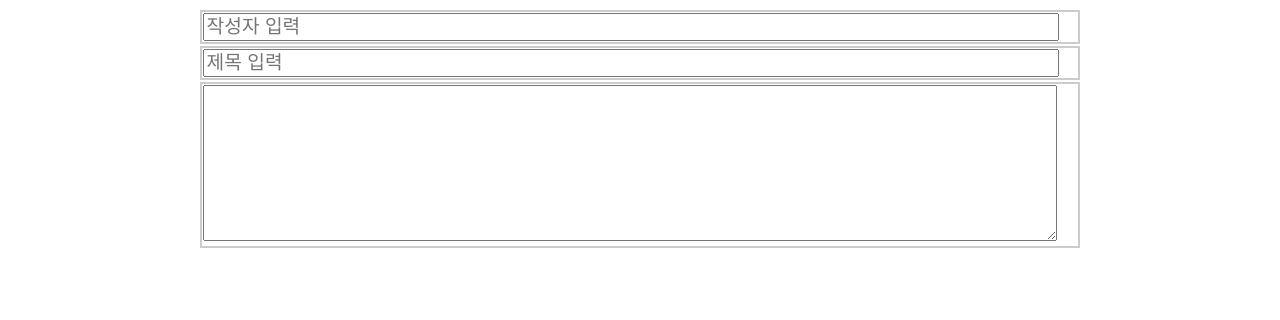
Repository: gudbrwkd98/JavaEE-JSP
Page: http://localhost/BoardApp/news/regist_form.jsp
These files come from the project's save history. The page is drawn as it stood at one moment and after the next save; the edit follows.
The browser window is 1280 px wide. The pictures show the whole page.
The page is served by Tomcat 9.

Above is the page before, as saved 2020-12-09 02:12:08.

After the next save:
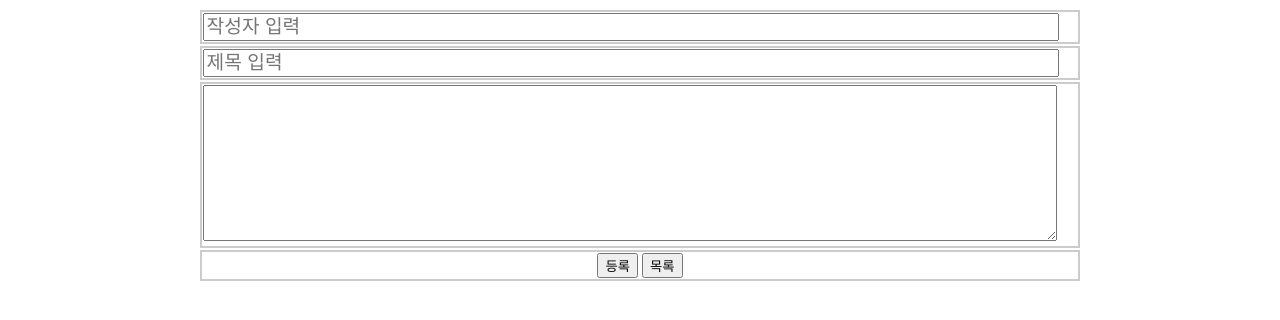
Saved 45 s later.
--- a/BoardApp/WebContent/news/regist_form.jsp
+++ b/BoardApp/WebContent/news/regist_form.jsp
@@ -36,6 +36,12 @@ textarea{
 		<tr>
 			<td><textarea></textarea></td>
 		</tr>
+		<tr>
+			<td align="center">
+			<button>등록</button>
+			<button>목록</button>
+			</td>
+		</tr>
 	</table>
 </body>
 </html>
